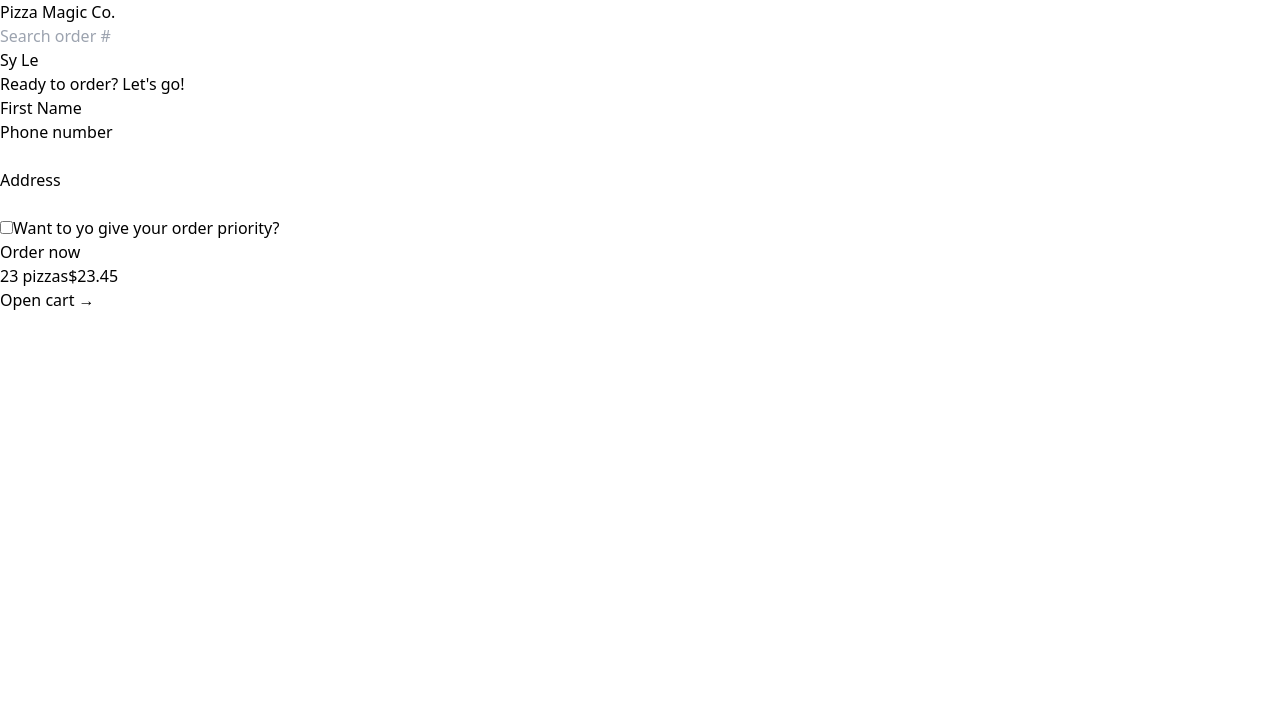
Repository: SyLe-Van/The-Pizza-Magic-web
Page: /order/new
The author's editor kept a copy of each file at every save. The page is drawn from the files as they stood at one save, then again after a run of saves.
The browser window is 1280 px wide. The pictures show the whole page.
The project was rebuilt for these pictures with package versions that can differ from the ones it lists, and the page was loaded fresh each time. Also part of the build but not shown: vite.config.js, src/features/user/CreateUser.jsx, src/ui/Home.jsx, src/ui/Loader.jsx, src/features/menu/Menu.jsx, src/ui/LinkButton.jsx, src/features/cart/Cart.jsx, src/ui/Error.jsx and 2 more. Imported but missing from the stored project, and not drawn on this page: src/features/menu/MenuItem.

Above is the page before, as saved 2024-07-28 17:24:21.

### index.html
<!doctype html>
<html lang="en">
  <head>
    <meta charset="UTF-8" />
    <link rel="icon" type="image/svg+xml" href="/vite.svg" />
    <meta name="viewport" content="width=device-width, initial-scale=1.0" />
    <link rel="preconnect" href="https://fonts.googleapis.com">
    <link rel="preconnect" href="https://fonts.gstatic.com" crossorigin>
    <link href="https://fonts.googleapis.com/css2?family=Roboto+Mono:ital,wght@0,100..700;1,100..700&display=swap"
      rel="stylesheet">
    <title>Vite + React</title>
  </head>
  <body clas="bg-stone-100 text-stone-700">
    <div id="root"></div>
    <script type="module" src="/src/main.jsx"></script>
  </body>
</html>

### src/App.jsx
import {RouterProvider, createBrowserRouter } from "react-router-dom"
import Home from "./ui/Home"
import AppLayout from "./ui/AppLayout"
import Menu, {loader as menuLoader} from "./features/menu/Menu"
import Cart from "./features/cart/Cart"
import Error from "./ui/Error"
import CreateOrder, {action as CreateOrderAction} from "./features/order/CreateOrder"
import Order, {loader as orderLoader} from "./features/order/Order"
const router = createBrowserRouter([
  {
    element: <AppLayout />,
    errorElement: <Error />,
    children: [
      {
        path: "/",
        element: <Home />
      },
      {
        path: "/menu",
        element: <Menu />,
        loader: menuLoader,
        errorElement: <Error />,
      },
      {
        path: "/cart",
        element: <Cart />
      },
      {
        path: "/order/new",
        element: <CreateOrder />,
        action: CreateOrderAction,
      },
      {
        path: "/order/:orderId",
        element: <Order />,
        loader: orderLoader,
        errorElement: <Error />,
      }
    ]
  },


])

export default function App() {
  return <RouterProvider router={router} />
}

### src/index.css
@tailwind base;
@tailwind components;
@tailwind utilities;

@layer components {
  .input{
    @apply
      rounded-full
       md:px-6 md:py-3
        focus:ring
        focus:ring-yellow-400
         focus:outline-none
          border
           border-stone-200
            w-full px-4 py-2
            text-sm transition-all
             duration-300
              placeholder:text-stone-400
               bg-slate-300

  }
    .loader {
      width: 45px;
      aspect-ratio: 0.75;
      --c: no-repeat linear-gradient(theme(colors.stone.800) 0 0);
      background: var(--c) 0% 50%, var(--c) 50% 50%, var(--c) 100% 50%;
      background-size: 20% 50%;
      animation: loading 1s infinite linear;
    }

    @keyframes loading {
      20% {
        background-position: 0% 0%, 50% 50%, 100% 50%;
      }

      40% {
        background-position: 0% 100%, 50% 0%, 100% 50%;
      }

      60% {
        background-position: 0% 50%, 50% 100%, 100% 0%;
      }

      80% {
        background-position: 0% 50%, 50% 50%, 100% 100%;
      }
    }
}
/* body {
  font-family: system-ui, -apple-system, BlinkMacSystemFont, 'Segoe UI', Roboto,
    Oxygen, Ubuntu, Cantarell, 'Open Sans', 'Helvetica Neue', sans-serif;
  background-color: #f7f7f7;
  color: #444;
}

.layout {
  display: grid;
  grid-template-rows: auto 1fr auto;
  gap: 32px;
  height: 100dvh;

} */

/* https://dev.to/afif/i-made-100-css-loaders-for-your-next-project-4eje */

### src/ui/AppLayout.jsx
import { Outlet, useNavigation } from "react-router-dom";
import CartOverview from "../features/cart/CartOverview";
import Header from "./Header";
import Loader from "./Loader";
export default function AppLayout() {
    const navigation = useNavigation()
    const isLoading = navigation.state === "loading"
    return (
        <div className="grid h-screen grid-rows-[auto_1fr_auto]">
            {isLoading && <Loader />}
            <Header />
            <div className="overflow-scroll">
                <main className="mx-auto max-w-3xl ">
                    <Outlet />
                </main>
            </div>
            <CartOverview />
        </div>
    )
}

### src/features/order/CreateOrder.jsx
import { useState } from "react";
import Button from "../../ui/Button";
import { Form, redirect, useNavigation, useActionData  } from "react-router-dom";
import { createOrder } from "../../services/apiRestaurant.js";
// https://uibakery.io/regex-library/phone-number
const isValidPhone = (str) =>
  /^\+?\d{1,4}?[-.\s]?\(?\d{1,3}?\)?[-.\s]?\d{1,4}[-.\s]?\d{1,4}[-.\s]?\d{1,9}$/.test(
    str
  );

const fakeCart = [
  {
    pizzaId: 12,
    name: "Mediterranean",
    quantity: 2,
    unitPrice: 16,
    totalPrice: 32,
  },
  {
    pizzaId: 6,
    name: "Vegetale",
    quantity: 1,
    unitPrice: 13,
    totalPrice: 13,
  },
  {
    pizzaId: 11,
    name: "Spinach and Mushroom",
    quantity: 1,
    unitPrice: 15,
    totalPrice: 15,
  },
];

function CreateOrder() {
  const navigation = useNavigation();
  const isSubmitting = navigation.state === "submitting";
  // const [withPriority, setWithPriority] = useState(false);
  const formErrors = useActionData();

  const cart = fakeCart;

  return (
    <div>
      <h2>Ready to order? Let's go!</h2>
      {/* <form method="POST" action="/order/new"></form> */}
      <Form method="POST">
        <div>
          <label>First Name</label>
          <input className="input"  type="text" name="customer" required />
        </div>

        <div>
          <label>Phone number</label>
          <div>
            <input className="input" type="tel" name="phone" required />
          </div>
          {formErrors?.phone && <p>{formErrors.phone}</p>}
        </div>

        <div>
          <label>Address</label>
          <div>
            <input className="input" type="text" name="address" required />
          </div>
        </div>

        <div>

          <input
            className="h-6  w-6 accent-yellow-400 focus:ring-offset-2 focus:ring focus:outline-none focus:ring-yellow-400 "
            type="checkbox"
            name="priority"
            id="priority"
            // value={withPriority}
            // onChange={(e) => setWithPriority(e.target.checked)}
          />
          <label htmlFor="priority">Want to yo give your order priority?</label>
        </div>

        <div>
          <input type="hidden" name="cart" value={JSON.stringify(cart)} />
          <Button disabled={isSubmitting}>{isSubmitting ? "Placing order..." : "Order now"} </Button>
        </div>
      </Form>
    </div>
  );
}

export async function action({request}) {
  const formData = await request.formData();
  const data = Object.fromEntries(formData);
  console.log(data);

  const order = {
    ...data,
    cart: JSON.parse(data.cart),
    priority: data.priority === "on",
  }


  const errors = {}
  if(!isValidPhone(order.phone)) {
    errors.phone = "Invalid phone number"
  }
  if (Object.keys(errors).length > 0) return errors;

  const newOrder = await createOrder(order)

  return redirect(`/order/${newOrder.id}`)
}

export default CreateOrder;

### src/features/cart/CartOverview.jsx
import { Link } from "react-router-dom";

export default function CartOverview() {
  return (
    <div className="bg-stone-800 text-stone-200 py-4 justify-between uppercase  px-4 sm:px-6 md:text-base flex items-center">
      <p className="text-stone-300 font-semibold space-x-4 sm:space-x-6">
        <span>23 pizzas</span>
        <span>$23.45</span>
      </p>
      <Link to='/cart'>Open cart &rarr;</Link>
    </div>
  );
}

### src/ui/Header.jsx
import { Link } from "react-router-dom";
import Username from "../features/user/Username";
import SearchOrder from "../features/order/SearchOrder";

export default function Header() {
    return (
        <header className="bg-yellow-500 flex items-center justify-between uppercase py-3 px-4 border-b border-stone-200 sm:px-6">
            <Link className="tracking-widest" to="/">Pizza Magic Co.</Link>
            <SearchOrder />

            <Username />

        </header>
    )
}

### src/services/apiRestaurant.js
const API_URL = 'https://react-fast-pizza-api.onrender.com/api';

export async function getMenu() {
  const res = await fetch(`${API_URL}/menu`);

  // fetch won't throw error on 400 errors (e.g. when URL is wrong), so we need to do it manually. This will then go into the catch block, where the message is set
  if (!res.ok) throw Error('Failed getting menu');

  const { data } = await res.json();
  return data;
}

export async function getOrder(id) {
  const res = await fetch(`${API_URL}/order/${id}`);
  if (!res.ok) throw Error(`Couldn't find order #${id}`);

  const { data } = await res.json();
  return data;
}

export async function createOrder(newOrder) {
  try {
    const res = await fetch(`${API_URL}/order`, {
      method: 'POST',
      body: JSON.stringify(newOrder),
      headers: {
        'Content-Type': 'application/json',
      },
    });

    if (!res.ok) throw Error();
    const { data } = await res.json();
    return data;
  } catch {
    throw Error('Failed creating your order');
  }
}

export async function updateOrder(id, updateObj) {
  try {
    const res = await fetch(`${API_URL}/order/${id}`, {
      method: 'PATCH',
      body: JSON.stringify(updateObj),
      headers: {
        'Content-Type': 'application/json',
      },
    });

    if (!res.ok) throw Error();
    // We don't need the data, so we don't return anything
  } catch (err) {
    throw Error('Failed updating your order');
  }
}

### src/ui/Button.jsx
import { Link } from "react-router-dom";
function Button({ children, disabled, to }) {
    const className = "bg-yellow-400 focus:outline-none focus:ring-offset-2 focus:ring focus:ring-yellow-300 focus:bg-yellow-300 duration-300 transition-colors uppercase font-semibold   text-stone-800 py-3 px-4 inline-block  tracking-wide rounded-full hover:bg-yellow-300 sm:px-6 sm:py-4 disabled:cursor-not-allowed ";
    if (to) {
        return <Link className={className} to={to}>{children}</Link>
    }
    return <button disabled={disabled} className={className}>
      {children}
  </button>
}
export default Button;

### src/features/user/Username.jsx
function Username() {
    return (
        <div className="text-sm hidden font-semibold md:block">Sy Le</div>
    )
}

export default Username;

### src/features/order/SearchOrder.jsx
import {useState} from 'react';
import { useNavigate } from 'react-router-dom';
export default function SearchOrder() {
    const [query, setQuery] = useState("");
    const navigate = useNavigate()

    function handleSubmit(e) {
        e.preventDefault();
        if (!query) return;
        navigate('/order/' + query)
        setQuery("")
    }
    return (
        <form onSubmit={handleSubmit}>
            <input  placeholder="Search order #"
                value={query}
                onChange={e => setQuery(e.target.value)}
                className='w-28 transition-all duration-300 focus:ring-opacity-50 rounded-full bg-yellow-100 px-4 py-2 text-sm placeholder:text-stone-400 sm:w-64 sm:focus:focus:w-72 focus:outline-none focus:ring focus:ring-yellow-500'
            />
        </form>
    )
}

### tailwind.config.js
/** @type {import('tailwindcss').Config} */
module.exports = {
  content: ["./index.html", "./src/**/*.{html,js, jsx, tsx}"],
  theme: {
    extend: {},
  },
  plugins: [],
};

Loaded but not shown: src/main.jsx (common file)

After the next 2 saves:
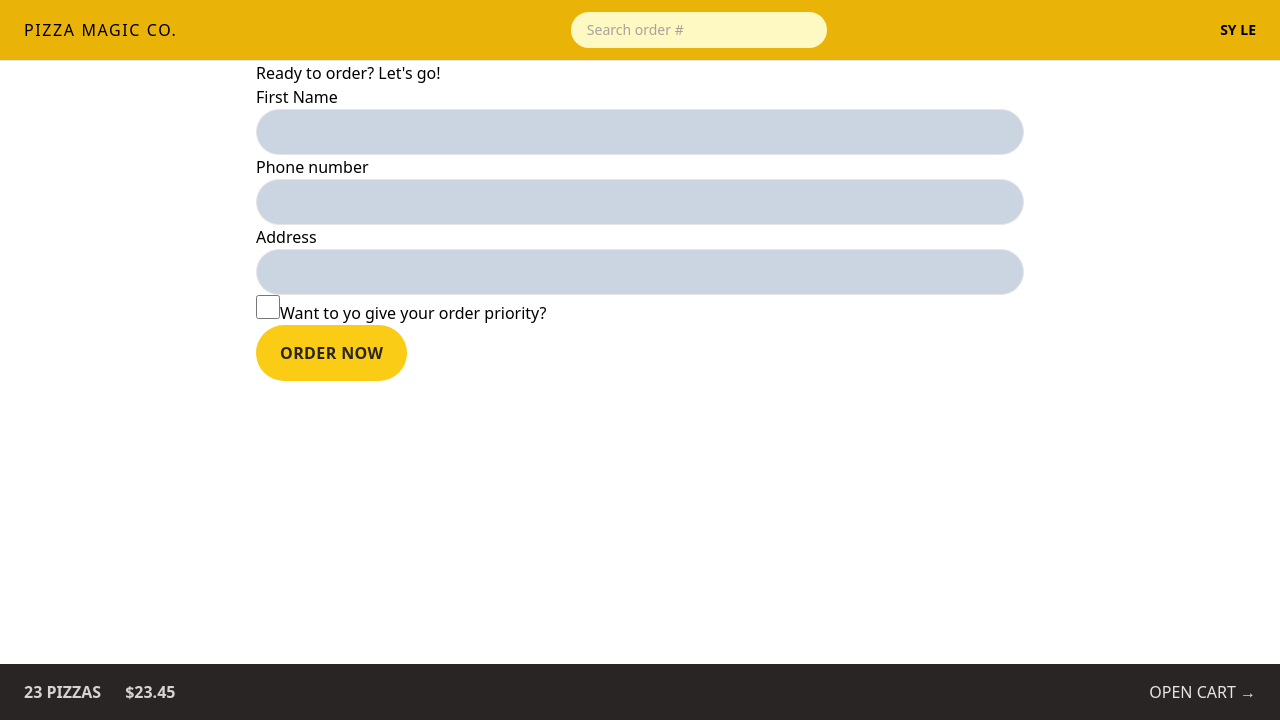
The 2 saves are shown as one change because they came seconds apart.
The last was saved 55 s later.
--- a/tailwind.config.js
+++ b/tailwind.config.js
@@ -1,7 +1,10 @@
 /** @type {import('tailwindcss').Config} */
 module.exports = {
-  content: ["./index.html", "./src/**/*.{html,js, jsx, tsx}"],
+  content: ["./index.html", "./src/**/*.{html,js,jsx,tsx}"],
   theme: {
+    fontFamily: {
+      pizza: "Roboto Mono, monospace",
+    },
     extend: {},
   },
   plugins: [],
